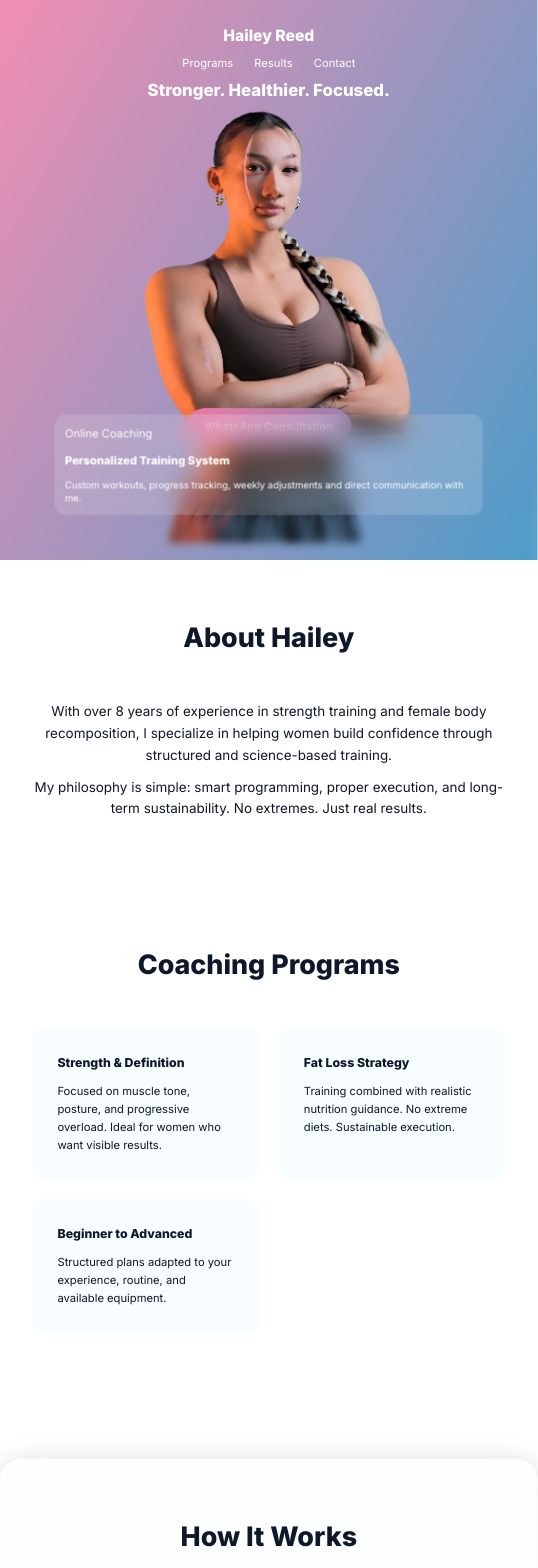
Repository: davidfsillva/Hailey-Reed-Coaching
Page: index.html
These files come from the project's save history. The page is drawn as it stood at one moment and after the next save; the edit follows.
The browser window is 768 px wide. The pictures show the part of the page from y = 0 to 2240 px (the page is 5196 px tall), at 70% of full size.

Above is the page before, as saved 2026-02-12 11:26:53.

After the next save:
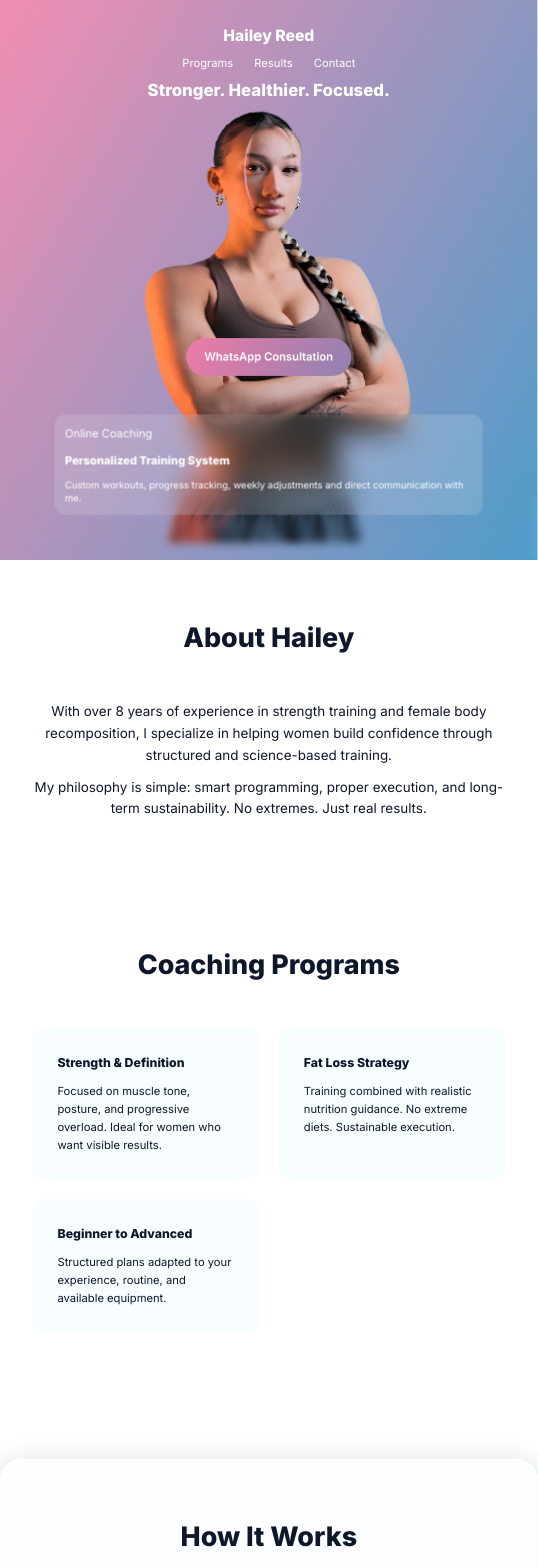
Saved 5 s later.
--- a/style.css
+++ b/style.css
@@ -433,7 +433,7 @@ body {
   }
 
   .whatsapp-btn {
-    margin-top: 390px;
+    margin-top: 290px;
     position: absolute;       /* permite mover livremente */
     transform: translateX(-50%); /* centraliza exatamente */
     z-index: 6;               /* acima de imagens e cards */
